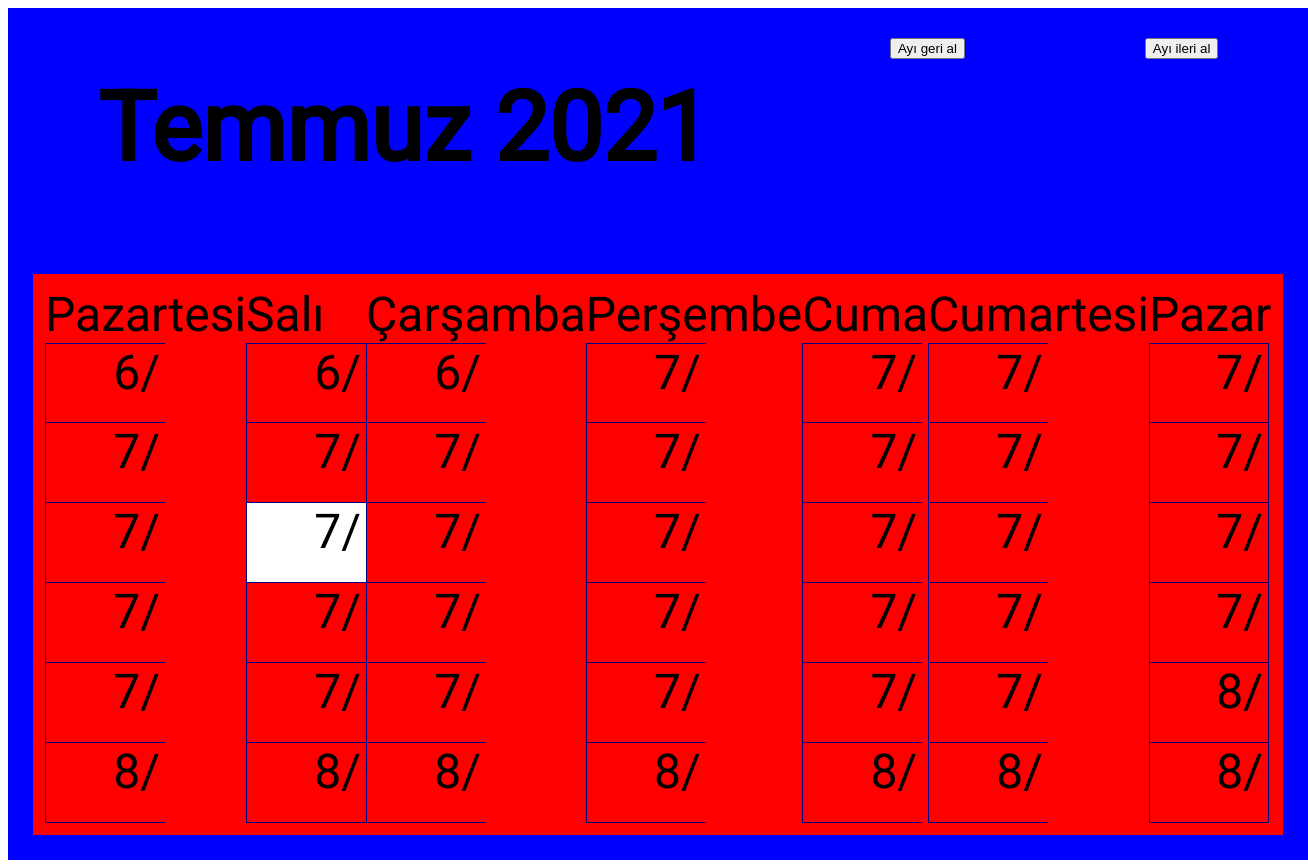
Repository: ahmetbugraozcan/javascript-calendar
Page: tablo.html
An editor plug-in stored every save of this project. The page is shown before and after the next save, followed by the edit.
The browser window is 1280 px wide. The page is 1308 px wide, then 1280 px, so the pictures cover 1308 px, including what lies to the right of the window. The pictures show the whole page.

Above is the page before, as saved 2021-07-13 12:02:48.

After the next save:
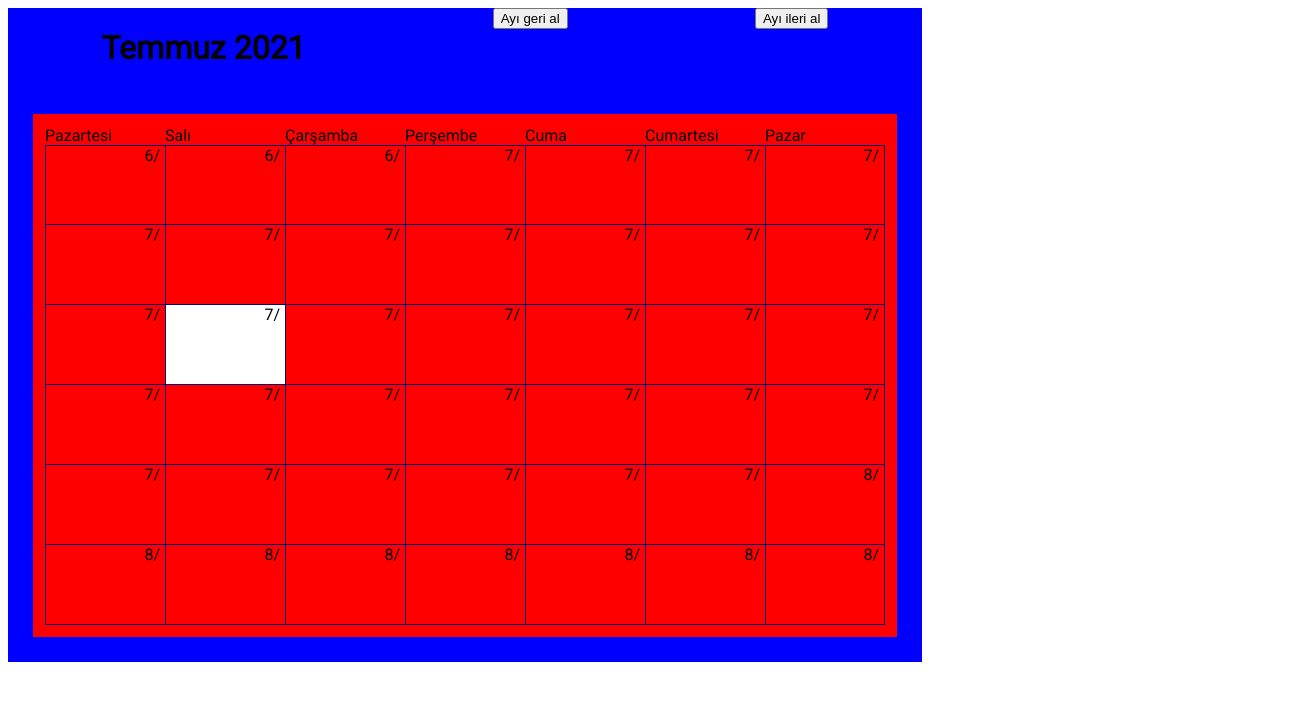
Saved 9 s later.
--- a/tablo.html
+++ b/tablo.html
@@ -16,7 +16,7 @@
 <style>
     body {
           font-family: 'Roboto', sans-serif;
-          font-size: 48px;
+
         }
     * {
         box-sizing: border-box;
